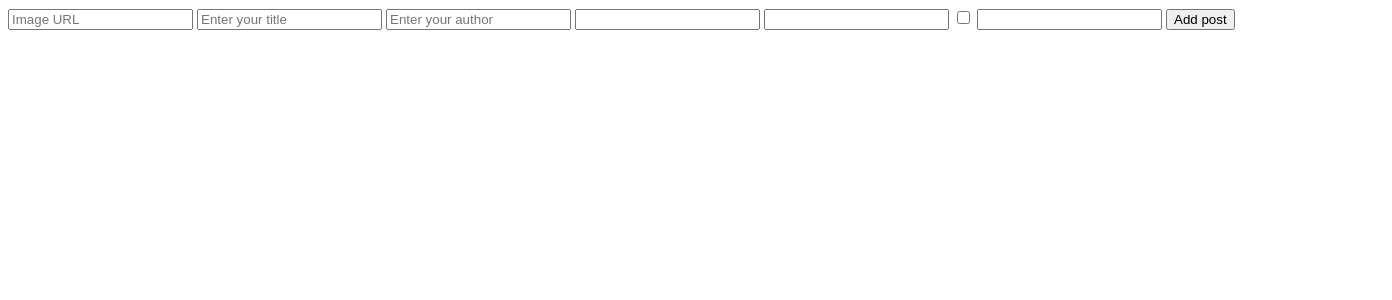
Repository: thuan711/All-about-JS
Page: api/api.html
The author's editor kept a copy of each file at every save. The page is drawn from the files as they stood at one save, then again after the next save.
The browser window is 1280 px wide. The page is 1280 px wide, then 1392 px, so the pictures cover 1392 px, including what lies to the right of the window. The pictures show the whole page.

Above is the page before, as saved 2023-01-22 21:21:44.
Console error: TypeError: Cannot read properties of null (reading 'addEventListener')

### api/api.html
<!DOCTYPE html>
<html lang="en">
<head>
    <meta charset="UTF-8">
    <meta http-equiv="X-UA-Compatible" content="IE=edge">
    <meta name="viewport" content="width=device-width, initial-scale=1.0">
    <title>Document</title>
    <!-- <style>
        .joke {
            display: flex;
            flex-direction: column;
            justify-content: center;
            align-items: center;
            padding: 100px 50px;
            border-radius: 8px;
            border: 1px solid #eee;
          }
          .joke-heading {
            font-size: 30px;
            font-weight: 500;
            line-height: 1.5;
            margin-bottom: 30px;
            text-align: center;
          }
          .joke-button {
            border: 0;
            outline: none;
            display: block;
            cursor: pointer;
            padding: 0 30px;
            border-radius: 8px;
            color: white;
            background-color: #20e3b2;
            position: relative;
            height: 55px;
            width: 100%;
            max-width: 200px;
          }
          .loader {
            width: 20px;
            height: 20px;
            border: 3px solid white;
            border-left: 3px solid transparent;
            border-radius: 50%;
            position: absolute;
            top: 50%;
            left: 50%;
            transform: translate(-50%, -50%);
            animation: spin 1s infinite linear forwards;
            display: none;
          }
          @keyframes spin {
            to {
              transform: translate(-50%, -50%) rotate(360deg);
            }
          }
          .joke.is-loading .joke-button {
            opacity: 0.5;
            pointer-events: none;
          }
          .joke.is-loading .joke-button .loader {
            display: block;
          }
          .joke.is-loading .joke-button span {
            display: none;
          }
    </style> -->
    <style>
        .images {
            padding: 50px;
            display: grid;
            grid-template-columns: repeat(4, 1fr);
            grid-gap: 25px;
          }
          .image-item {
            height: 220px;
            padding: 10px;
            border-radius: 10px;
            background-color: white;
            border: 1px solid #eee;
          }
          .image-item img {
            width: 100%;
            height: 100%;
            object-fit: cover;
          }
          .load-more {
            display: block;
            width: max-content;
            padding: 15px 30px;
            border-radius: 4px;
            color: white;
            background-color: #6a5af9;
            border: 0;
            margin: 25px auto;
          }
          .image-loader {
            position: fixed;
            top: 50%;
            left: 50%;
            transform: translate(-50%, -50%);
            animation: spin 1s infinite linear forwards;
            width: 50px;
            height: 50px;
            border: 5px solid #6a5af9;
            border-right: 5px solid transparent;
            border-radius: 50%;
          }
          @keyframes spin {
            to {
              transform: translate(-50%, -50%) rotate(360deg);
            }
          }
          /*json placeholder*/
          .form-post{
            display: flex;
            justify-content: center;
            gap: 0 25px;
            margin: 25px auto;
            padding: 30px;
          }
          .form-post input{
            padding: 50px 15px;
            border: 1px solid #eee;
            border-radius: 8px;
          }
          .form-post button{
            background-color: #6a5af9;
            color: white;
            border: 0;
            outline: none;
            padding: 10px 15px;
            border-radius: 4px;
          }
    </style>

</head>
<body>
    <!-- <div class="joke">
        <h1 class="joke-heading"></h1>
        <button class="joke-button">
            <div class="loader"></div>
            <span>Get random joke</span>
          </button>

    </div> -->
    <!-- <div class="username"></div> -->

    <!-- <div class="images">
        <div class="image-loader"></div>
        <img src="https://source.unsplash.com/random" alt="">
    </div>
    <button class="load-more">Load more</button> -->
    <!-- <form class="form-post">
        <input type="text" name="title" placeholder="Enter your title">
        <input type="text" name="author" placeholder="Enter your author"/>
        <button type="submit">Add post</button>
    </form>
    <script src="./placeholder.js"></script> -->
    <form>
        <input type="text" name="image" placeholder="Image URL">
        <input type="text" name="title" placeholder="Enter your title">
        <input type="text" name="author" placeholder="Enter your author">
        <input type="number" name="rating">
        <input type="number" name="price">
        <input type="checkbox" name="bestSeller">
        <input type="number" name="buyAmount">
        <button type="submit">Add post</button>
    </form>
    <script src="./placeholder.js"></script>
</body>
</html>

### api/placeholder.js
// async function addPost(title, author){
//     const response = await fetch('http://localhost:3000/posts', {
//     method: "POST",
//     body: JSON.stringify({

//         title,
//         author,

//     }),
//     headers: {
//         'Content-type': 'application/json; charset=UTF-8',
//     },
//     })
//     .then((response) => response.json())
//     .then((json) => console.log(json));
//     console.log(response);
//     return response;
// }
// const formPost = document.querySelector(".form-post");
// formPost.addEventListener("submit", function(e){
//     e.preventDefault();
//     const title = this.elements["title"].value;
//     const author = this.elements["author"].value;
//     addPost(title, author);
// })
const course = {
    image: "",
    title: "",
    author: "",
    rating: "",
    price: "",
    bestSeller: "",
    buyAmount: "",
}
const endPoint = "http://localhost:3456/courses";
async function addPost(image, title, author, rating, price, bestSeller, buyAmount){
    fetch(endPoint, {
        method: "POST",
        body: JSON.stringify({
            image,
            title,
            author,
            rating,
            price,
            bestSeller,
            buyAmount,

        }),
        headers: {
            'Content-type': 'application/json; charset=UTF-8',
        },
    })
}
const formPost = document.querySelector(".form-post");
formPost.addEventListener("submit", function(e){
    e.preventDefault();
    const image = this.elements["image"].value;
    const title = this.elements["title"].value;
    const author = this.elements["author"].value;
    const rating = this.elements["rating"].value;
    const price = this.elements["price"].value;
    const bestSeller = this.elements["bestSeller"].value;
    const buyAmount = this.elements["buyAmount"].value;
    addPost(image, title, author, rating, price, bestSeller, buyAmount);
})

After the next save:
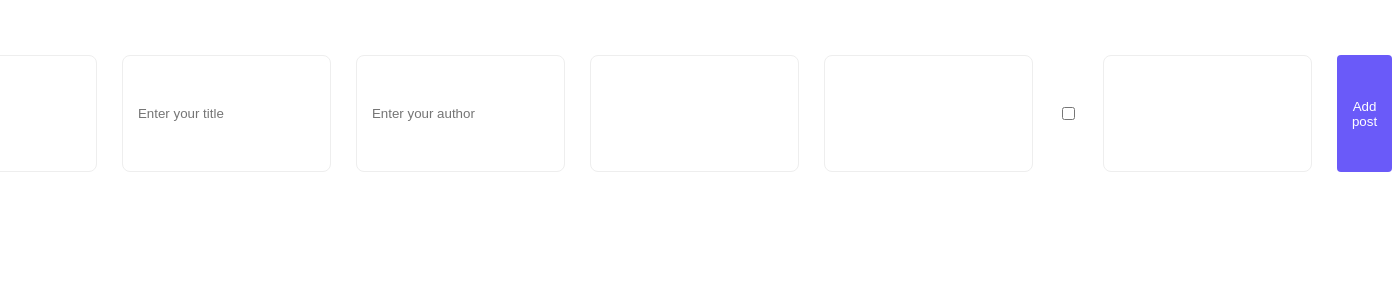
The error is gone.
Saved 74 s later.
--- a/api/api.html
+++ b/api/api.html
@@ -157,7 +157,7 @@
         <button type="submit">Add post</button>
     </form>
     <script src="./placeholder.js"></script> -->
-    <form>
+    <form class="form-post">
         <input type="text" name="image" placeholder="Image URL">
         <input type="text" name="title" placeholder="Enter your title">
         <input type="text" name="author" placeholder="Enter your author">
